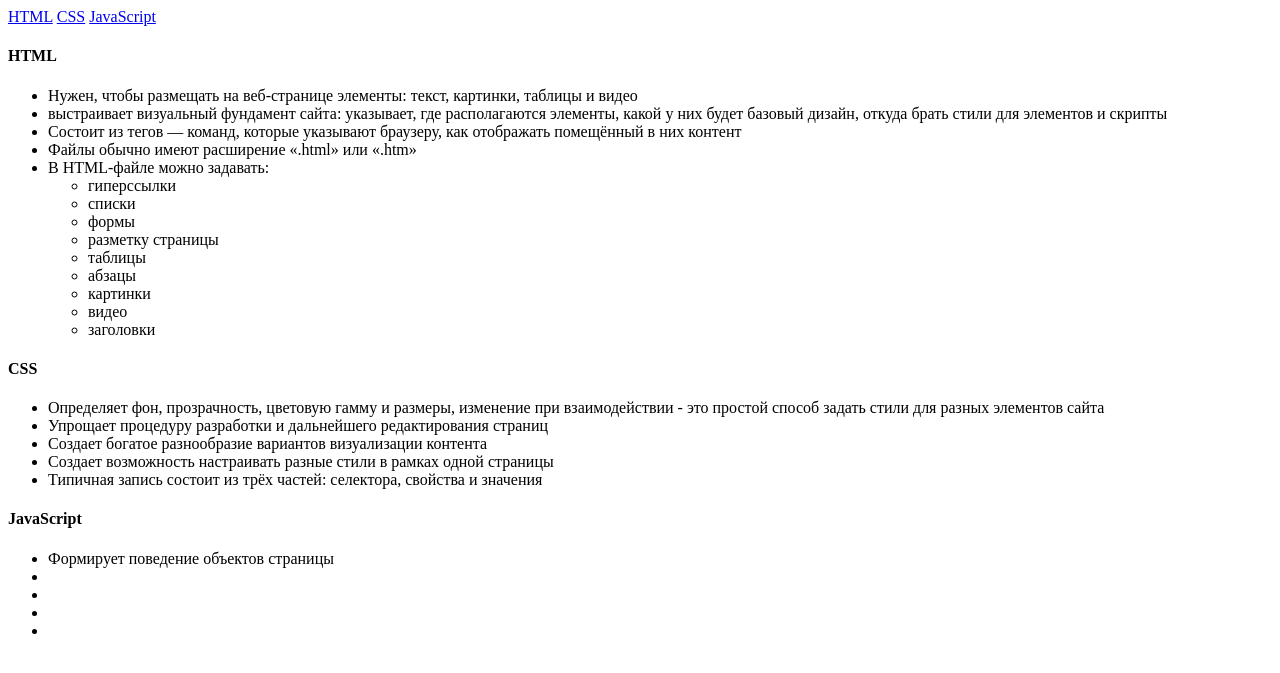
Repository: JonniRed/urban
Page: task1/second_page.html
These files come from the project's save history. The page is drawn as it stood at one moment and after the next save; the edit follows.
The browser window is 1280 px wide. The pictures show the whole page.

Above is the page before, as saved 2024-09-10 10:57:34.

### task1/second_page.html
<!DOCTYPE html>
<html lang="en">

<head>
  <meta charset="UTF-8">
  <meta name="viewport" content="width=device-width, initial-scale=1.0">
  <title>About HTML, CSS, JS</title>
</head>

<body>
  <div>
    <a href="#html">HTML</a>
    <a href="#css">CSS</a>
    <a href="#js">JavaScript</a>
    <article>
      <h4 id="html">HTML</h4>
      <ul>
        <li>Нужен, чтобы размещать на веб-странице элементы: текст, картинки, таблицы и видео</li>
        <li>выстраивает визуальный фундамент сайта: указывает, где располагаются элементы, какой у них будет базовый
          дизайн, откуда брать стили для элементов и скрипты</li>
        <li>Состоит из тегов — команд, которые указывают браузеру, как отображать помещённый в них контент</li>
        <li>Файлы обычно имеют расширение «.html» или «.htm»</li>
        <li>В HTML-файле можно задавать:
          <ul>
            <li>гиперссылки</li>
            <li>списки</li>
            <li>формы</li>
            <li>разметку страницы</li>
            <li>таблицы</li>
            <li>абзацы</li>
            <li>картинки</li>
            <li>видео</li>
            <li>заголовки</li>
          </ul>
        </li>
      </ul>
    </article>
    <article>
      <h4 id="css">CSS</h4>
      <ul>
        <li>Определяет фон, прозрачность, цветовую гамму и размеры, изменение при взаимодействии - это простой способ
          задать стили для разных элементов сайта</li>
        <li>Упрощает процедуру разработки и дальнейшего редактирования страниц</li>
        <li>Создает богатое разнообразие вариантов визуализации контента</li>
        <li>Создает возможность настраивать разные стили в рамках одной страницы</li>
        <li>Типичная запись состоит из трёх частей: селектора, свойства и значения</li>
      </ul>
    </article>
    <article>
      <h4 id="js">JavaScript</h4>
      <ul>
        <li>Формирует поведение объектов страницы</li>
        <li></li>
        <li></li>
        <li></li>
        <li></li>
      </ul>
    </article>

  </div>
</body>

</html>

After the next save:
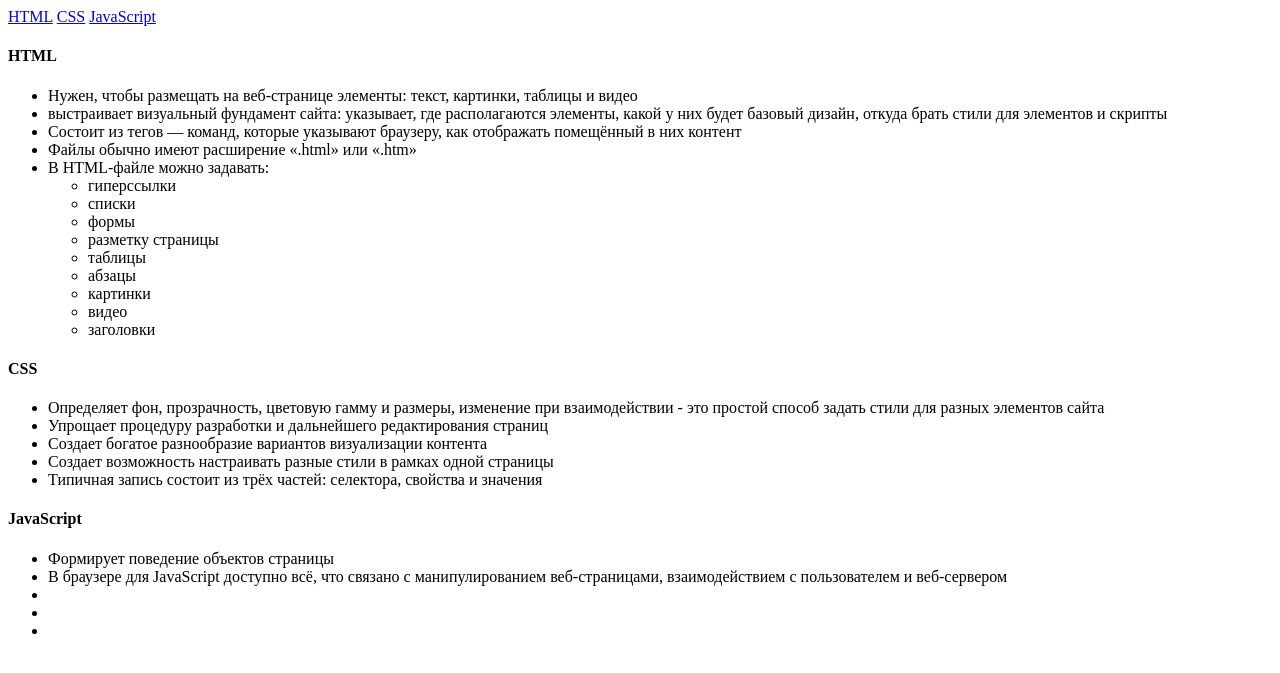
Saved 63 s later.
--- a/task1/second_page.html
+++ b/task1/second_page.html
@@ -50,7 +50,8 @@
       <h4 id="js">JavaScript</h4>
       <ul>
         <li>Формирует поведение объектов страницы</li>
-        <li></li>
+        <li>В браузере для JavaScript доступно всё, что связано с манипулированием веб-страницами, взаимодействием с
+          пользователем и веб-сервером</li>
         <li></li>
         <li></li>
         <li></li>
